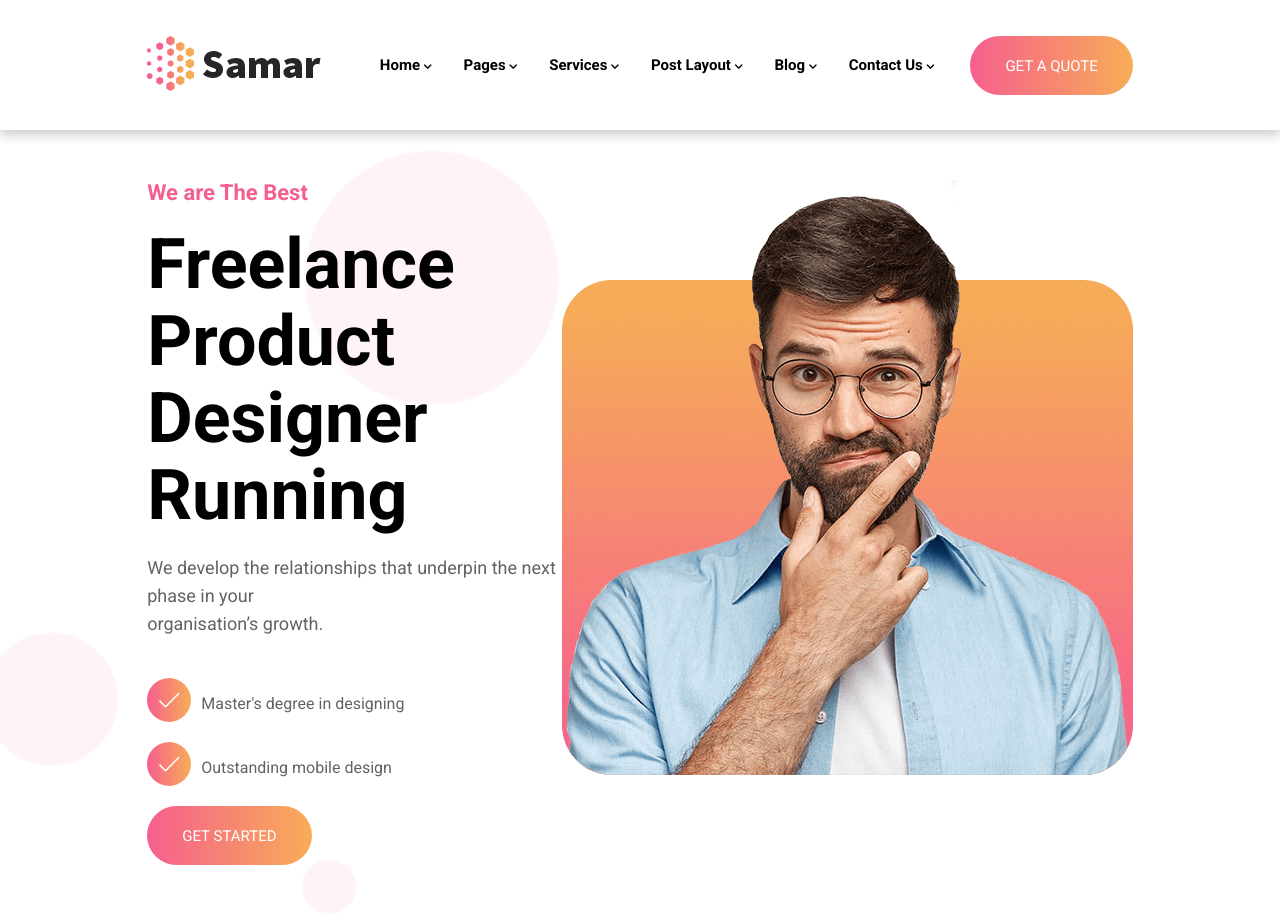
Repository: leequanganh/sammar
Page: html/index.html
An editor plug-in stored every save of this project. The page is shown before and after the next save, followed by the edit.
The browser window is 1280 px wide. The pictures show the whole page.

Above is the page before, as saved 2021-12-09 15:07:01.

### html/index.html
<!DOCTYPE html>
<html lang="en">
<head>
    <meta charset="UTF-8">
    <meta http-equiv="X-UA-Compatible" content="IE=edge">
    <meta name="viewport" content="width=device-width, initial-scale=1.0">
    <link rel="preconnect" href="https://fonts.googleapis.com">
<link rel="preconnect" href="https://fonts.gstatic.com" crossorigin>
<link href="https://fonts.googleapis.com/css2?family=Roboto:ital,wght@0,100;0,300;0,400;0,700;1,500;1,700;1,900&display=swap" rel="stylesheet">
            <!-- /////////////////// -->
    <link rel="stylesheet" href="../css/flaticon.css">
    <link rel="stylesheet" href="https://cdnjs.cloudflare.com/ajax/libs/line-awesome/1.3.0/line-awesome/css/line-awesome.min.css" integrity="sha512-vebUliqxrVkBy3gucMhClmyQP9On/HAWQdKDXRaAlb/FKuTbxkjPKUyqVOxAcGwFDka79eTF+YXwfke1h3/wfg==" crossorigin="anonymous" referrerpolicy="no-referrer" />
    <link rel="stylesheet" href="https://cdnjs.cloudflare.com/ajax/libs/font-awesome/5.15.4/css/all.min.css" integrity="sha512-1ycn6IcaQQ40/MKBW2W4Rhis/DbILU74C1vSrLJxCq57o941Ym01SwNsOMqvEBFlcgUa6xLiPY/NS5R+E6ztJQ==" crossorigin="anonymous" referrerpolicy="no-referrer" />
                 <!-- ////////////////////// -->
    <link rel="stylesheet" href="../css/index.css">
    <title>Document</title>
</head>
<body>
<!-- header start  -->
    <div class="header" id="navbar">

        <div class="header__contain">
            <div class="header_logo" id="logo">
                <img src="../img/logo-2.png" alt="">
            </div>
            <div class="header_nav">
                <ul>
                    <li> <a href=""> <span>Home</span>
                        <i class="fas fa-chevron-down"></i></a> </li>
                    <li> <a href=""><span>Pages</span>
                        <i class="fas fa-chevron-down"></i></a></li>
                    <li><a href=""> <span>Services</span>
                        <i class="fas fa-chevron-down"></i></a></li>
                    <li><a href=""> <span>Post Layout</span>
                        <i class="fas fa-chevron-down"></i></a></li>
                    <li><a href=""><span>Blog</span>
                        <i class="fas fa-chevron-down"></i></a></li>
                    <li><a href=""><span>Contact Us</span>
                        <i class="fas fa-chevron-down"></i></a></li>
                </ul>
                <div class="btn">
                    <a href="">GET A QUOTE</a>
                </div>
            </div>
        </div>
    </div>
<!-- header end  -->
<!-- banner start  -->
    <div class="banner">
        <div class="banner__contain">
            <div class="banner_text">
                <p>We are The Best</p>
                <h1>Freelance Product <br> Designer Running</h1>
                <p>We develop the relationships that underpin the next phase in your <br>
                    organisation’s growth.</p>
                <span><i class="las la-check"></i>Master's degree in designing</span>
                <span><i class="las la-check"></i>Outstanding mobile design</span>

                <!-- <ul>
                    <li>Master's degree in designing</li>
                    <li>Outstanding mobile design</li>

                </ul> -->
                <div class="btn"><a href="">GET STARTED</a></div>

            </div>
            <div class="banner_img">
                <img src="../img/pic3_1.png" alt="">
            </div>
        </div>
    </div>
<!-- banner end  -->
    <script src="https://code.jquery.com/jquery-3.6.0.min.js" integrity="sha256-/xUj+3OJU5yExlq6GSYGSHk7tPXikynS7ogEvDej/m4=" crossorigin="anonymous"></script>
    <script>
        $(document).ready(function(){
            $(window).scroll(function(){
                if($(this).scrollTop()){
                    $('header').addClass('sticky');
                }else{
                    $('header').removeClass('sticky');
                }
            })
        });
    </script>
</body>
</html>

### css/index.css
*{
padding: 0;
margin: 0;
border: 0;
box-sizing: border-box;
font-family: 'Roboto', sans-serif;
}
body{
    /* height: 9000px;
    background-color: antiquewhite; */
}
/* header-start  */
.header{
    display: flex;
    justify-content: center;
    position: fixed;
        width: 100%;
        top: 0;
    z-index: 1;
    box-shadow: 0px 5px 10px rgba(0, 0, 0,0.2);
    overflow: hidden;
    transition: 0.5s;
    background: rgba(0,0,0,0);
}
.header__contain{
    width: 77%;
    display: flex;
    justify-content: space-between;
    align-items: center;
}
.header_nav {
    width: 80%;
    display: flex;
    justify-content: flex-end;
    align-items: center;
}
ul{
    display: flex;
}
.header_nav ul li{
    transition: 0.3s;
    padding: 55px 16px ;
    list-style: none;
}
.header_nav li a {
    font-size: 15px;
    list-style: none;
    text-decoration: none;
    color: black;
    font-weight: 600;
}
.header_nav li a span{
    line-height: 20px;
}
.header_nav li:hover{
    cursor: pointer;
}
.header_nav li a {
    display: inline-block;
}
span{
    display: inline-block;
}
.header_nav li:hover a span  {
   animation-name: upToDown;
   animation-duration: 0.5s;
   color: #f55f8d;
   cursor: pointer;
}
.header_nav li:hover a i{
   color: #f55f8d;
}
.header_nav li a i{
    font-size: 9px;
}
.header .btn{
    margin-left: 20px;
}
.btn {
    padding: 20px 35px;
    border-radius: 30px;
    border-width: 1px;
    background-image: linear-gradient(to right,#f55f8d 0,#f8ae56 51%,#f55f8d 100%);
    background-position: left bottom;
    background-size: 200%;
    transition: 0.5s;
}
.btn a{
    color: white;
    line-height: 18px;
    font-size: 15px;
    font-weight: 500;
    text-decoration: none;

}
.btn:hover {
    background-position: right center;
}
/* header-end  */
/* banner start  */
.banner {
    background-image: url(../img/pic2.png);
    background-size: cover;
    background-repeat: no-repeat;
    /* background-position: center; */
    padding-top: 130px;
    display: flex;
    flex-direction: row;
    justify-content: center;
}
.banner__contain{
    display: flex;
    /* overflow: visible; */
    padding: 50px 0;
    justify-content: space-between;
    width: 77%;
}
.banner_text{
    display: flex;
    flex-direction: column;
    align-items:flex-start;
}
.banner_text p:first-child{
    color: #f55f8d;
    font-size: 22px;
    font-weight: 600;
    line-height: 26px;
    margin-bottom: 20px;
}
.banner_text h1{
    font-size: 70px;
    line-height: 1.1;
    font-weight: 800;
    margin-bottom: 20px;

}
.banner_text p:nth-child(3){
    color: #636363;
    font-size: 18px;
    line-height: 28px;
    margin-bottom: 20px;
}
.banner_text span{
    margin: 20px 0 0 0;
    color: #636363;
}
.banner_text span i{
    font-size: 24px;
    padding: 10px;
    background-image: linear-gradient(to right,#f55f8d 0,#f8ae56 51%,#f55f8d 100%);
    border-radius: 50%;
    background-size: 200%;
    color: white;
    margin-right: 10px;
}
.banner_text .btn{
    margin-top: 20px;
}

.banner_img{
    /* width: 40%; */
}

.banner_img{
    /* position: relative; */
}

/* banner end  */
/* animate  */
@keyframes upToDown {
    49% {
      transform: translateY(100%);
    }
    50% {
      opacity: 0;
      transform: translateY(-100%);
    }
    51% {
      opacity: 1;
    }
  }
/* animate  */

Loaded but not shown: css/flaticon.css (common file)

After the next save:
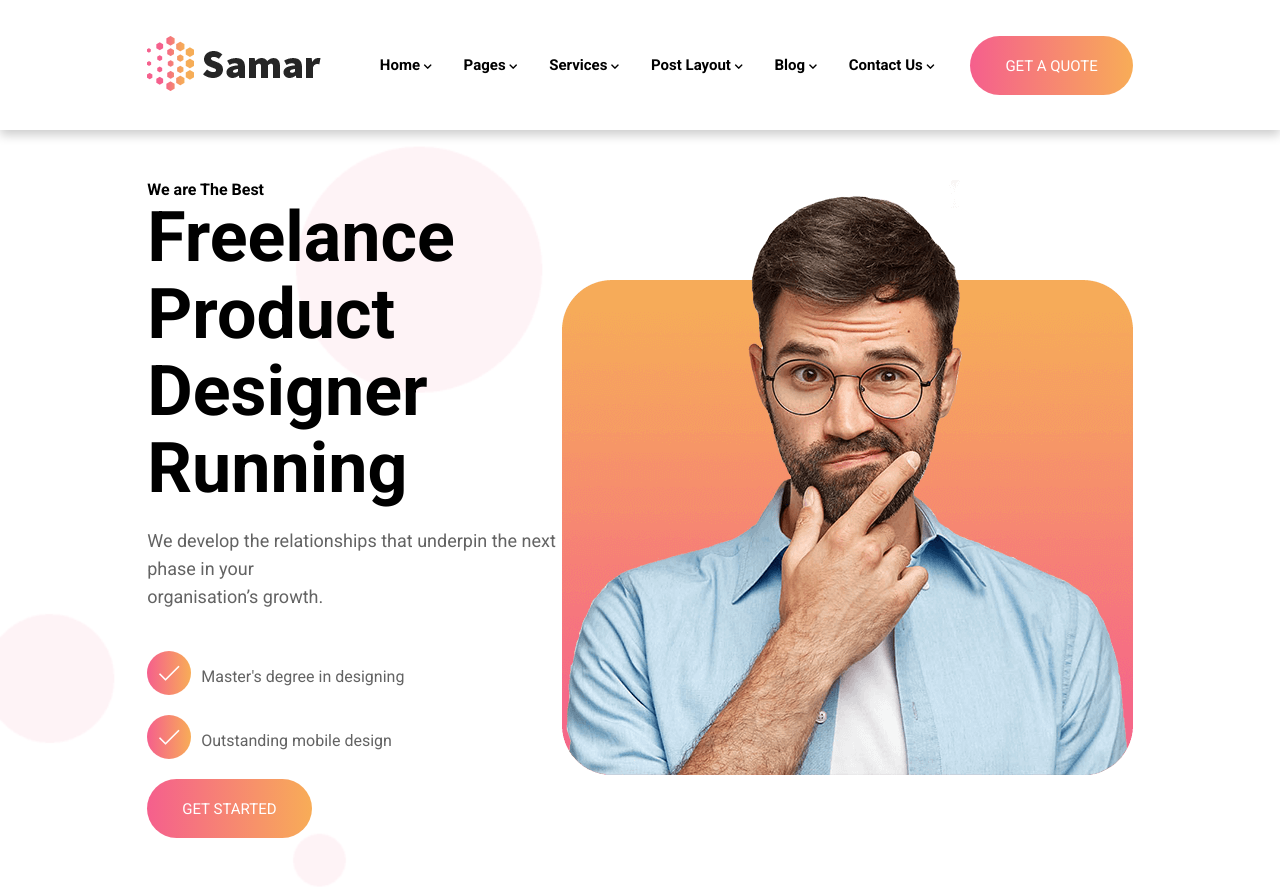
Saved 72 s later.
--- a/html/index.html
+++ b/html/index.html
@@ -49,7 +49,7 @@
     <div class="banner">
         <div class="banner__contain">
             <div class="banner_text">
-                <p>We are The Best</p>
+                <h4>We are The Best</h4>
                 <h1>Freelance Product <br> Designer Running</h1>
                 <p>We develop the relationships that underpin the next phase in your <br>
                     organisation’s growth.</p>

After the save that followed:
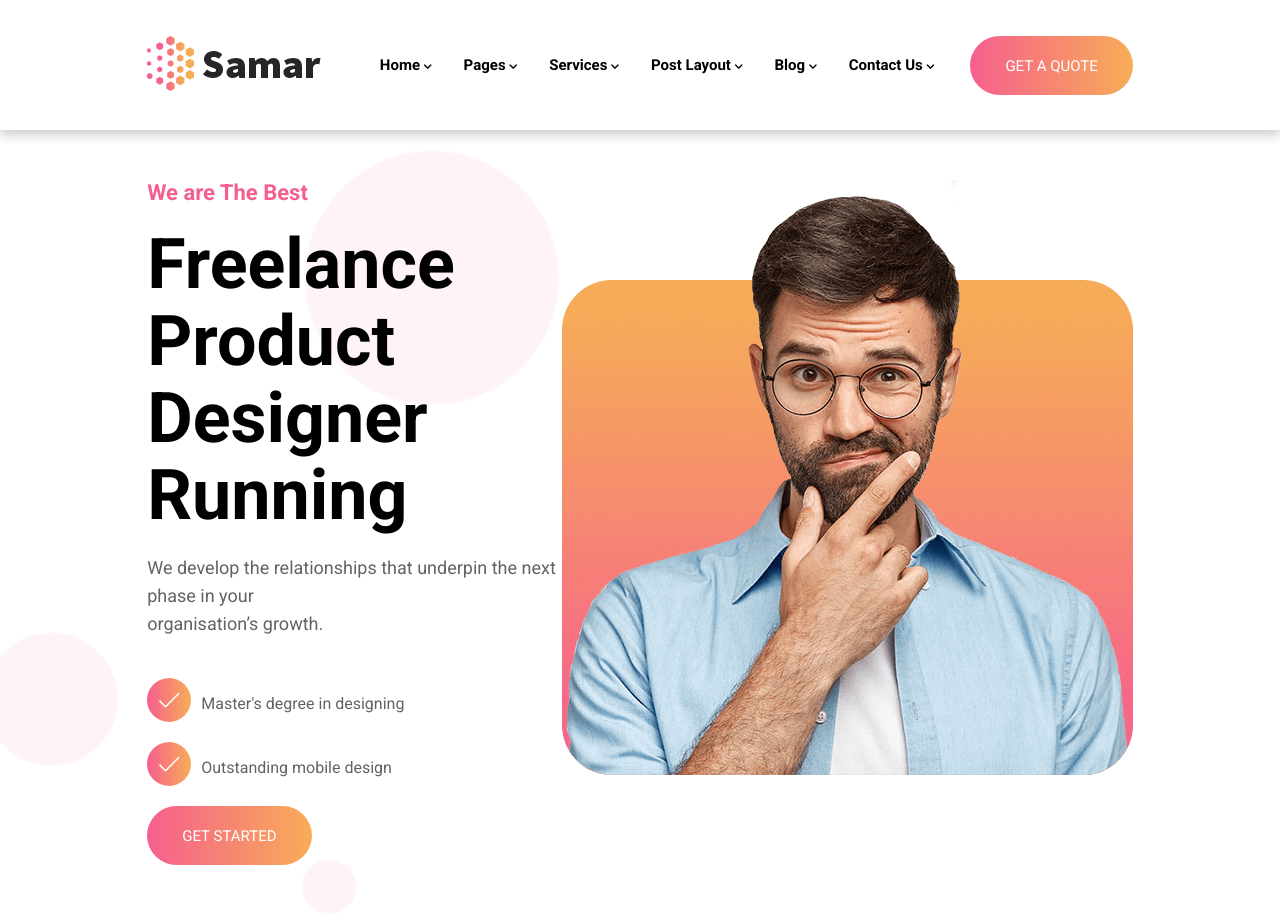
Saved 13 s later.
--- a/css/index.css
+++ b/css/index.css
@@ -120,7 +120,7 @@ span{
     flex-direction: column;
     align-items:flex-start;
 }
-.banner_text p:first-child{
+.banner_text h4{
     color: #f55f8d;
     font-size: 22px;
     font-weight: 600;
